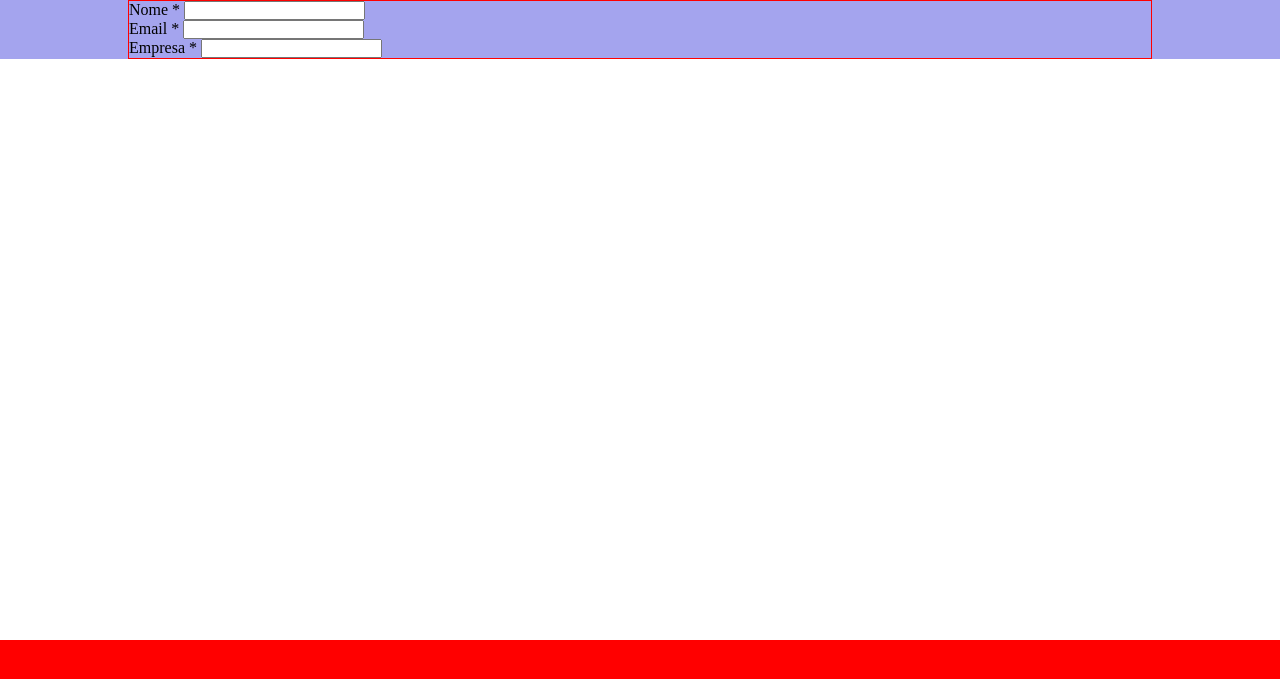
Repository: ecrseer/contatenos-html-js
Page: contatenos.html
An editor plug-in stored every save of this project. The page is shown before and after the next save, followed by the edit.
The browser window is 1280 px wide. The pictures show the whole page.

Above is the page before, as saved 2021-12-27 14:28:33.

After the next save:
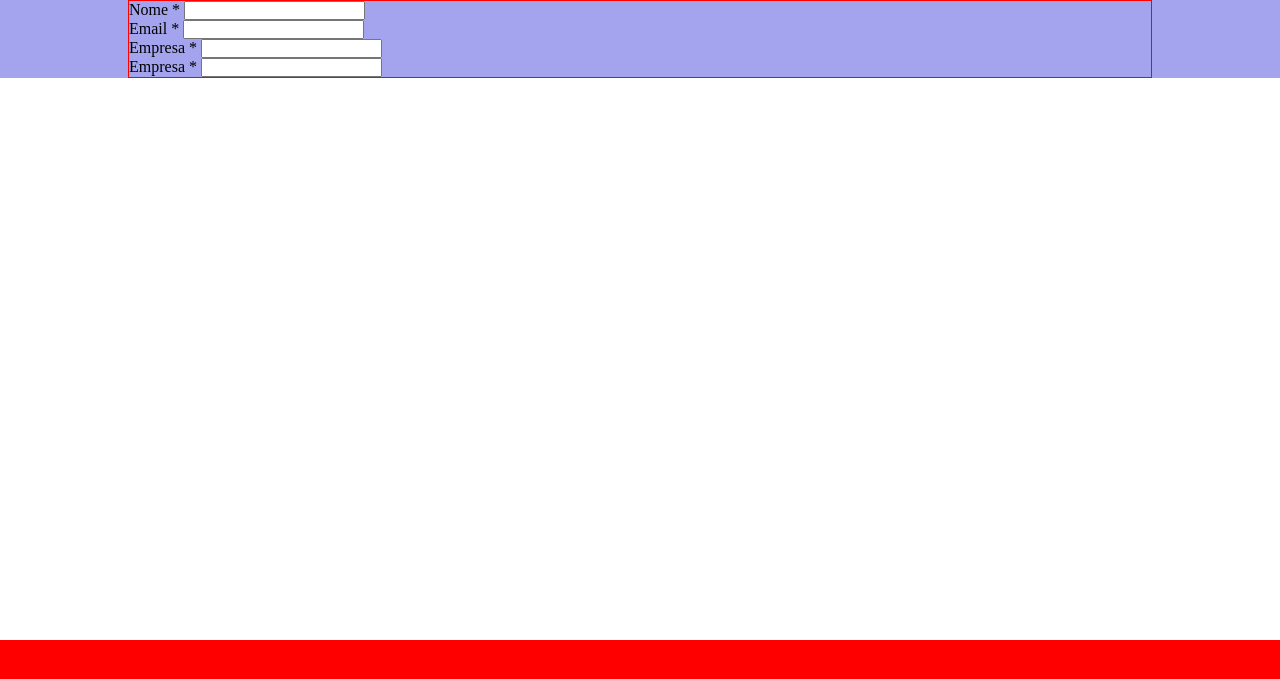
Saved 33 s later.
--- a/contatenos.html
+++ b/contatenos.html
@@ -26,6 +26,10 @@
                 <label for="Nome">Empresa *</label>
                 <input type="text">
             </div>
+            <div>
+                <label for="Nome">Empresa *</label>
+                <input type="text">
+            </div>
 
         </form>
     </main>
